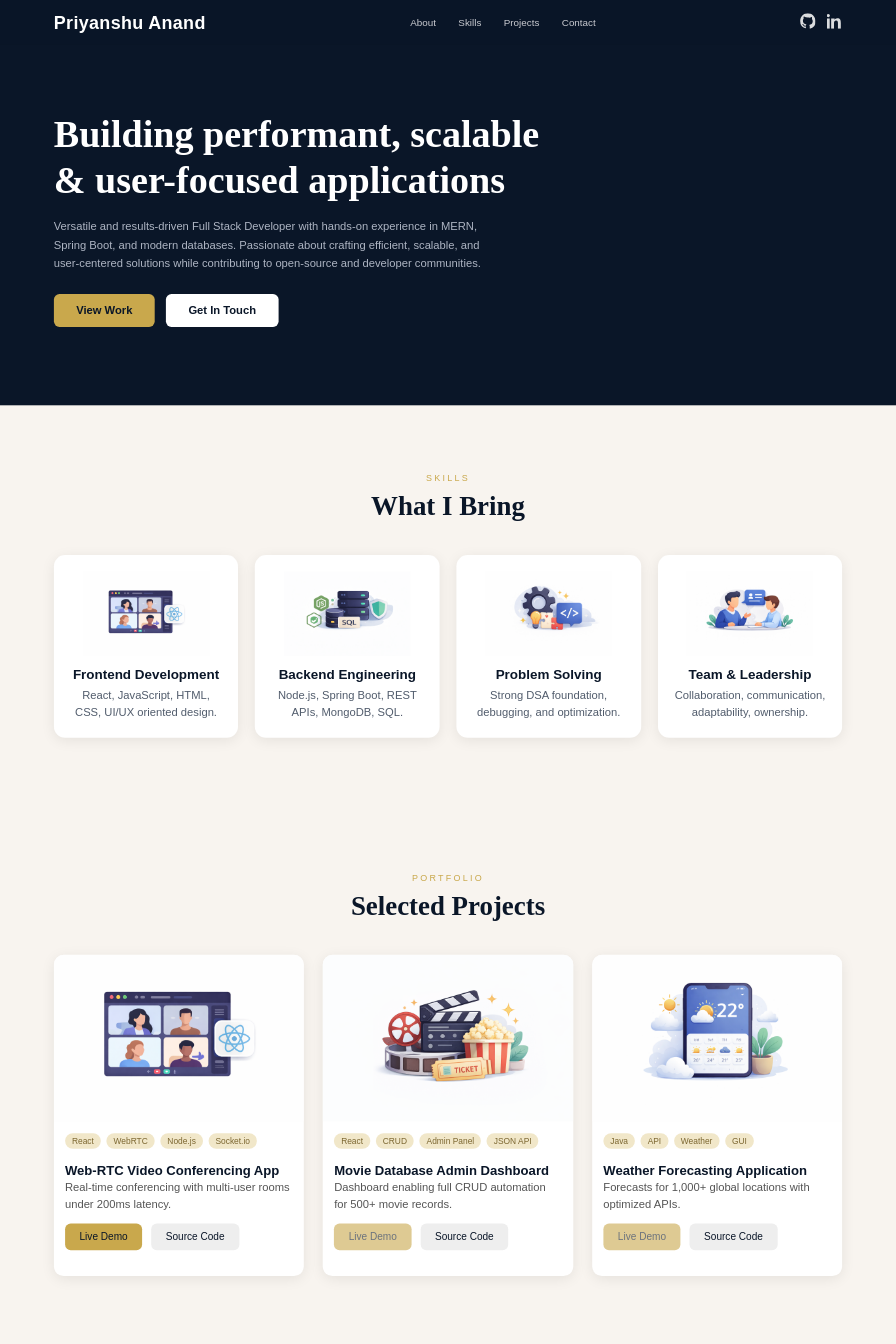
Repository: priyanshuanand12022/My-Portfolio
Page: /
An editor plug-in stored every save of this project. The page is shown before and after the next save, followed by the edit.
The browser window is 1280 px wide. The pictures show the part of the page from y = 0 to 1920 px (the page is 2746 px tall), at 70% of full size.
The project was rebuilt for these pictures with package versions that can differ from the ones it lists, and the page was loaded fresh each time. Also part of the build but not shown: vite.config.js.

Above is the page before, as saved 2026-02-25 23:09:28.

After the next save:
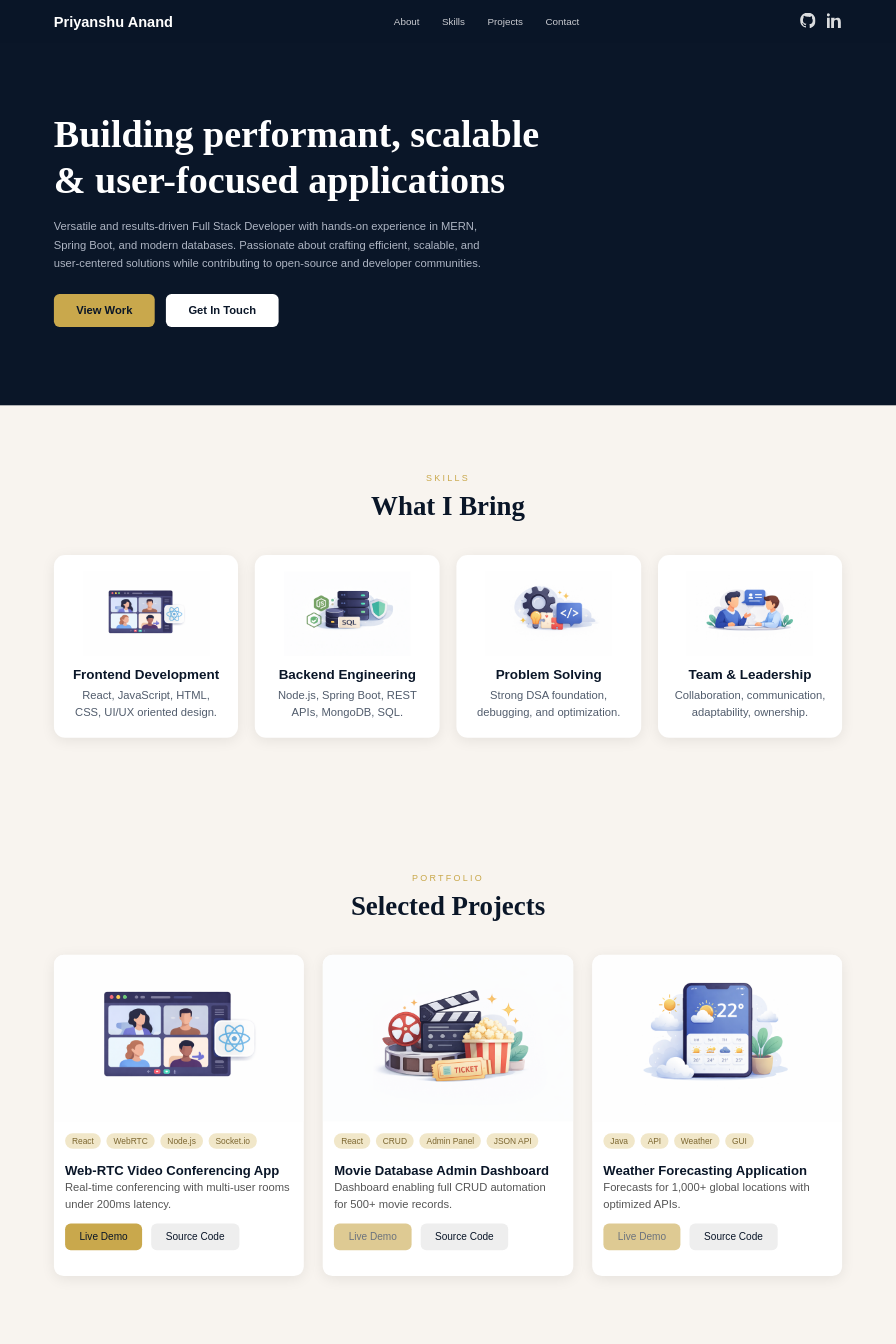
Saved 3 min 35 s later.
--- a/src/Portfolio.css
+++ b/src/Portfolio.css
@@ -32,9 +32,8 @@
 
 .nav-logo {
   color: white;
-  font-weight: 700;
-  font-size: 1.6rem;
-  letter-spacing: 0.5px;
+  font-weight: 600;
+  font-size: 1.3rem;
 }
 
 .nav-logo span {

After the save that followed:
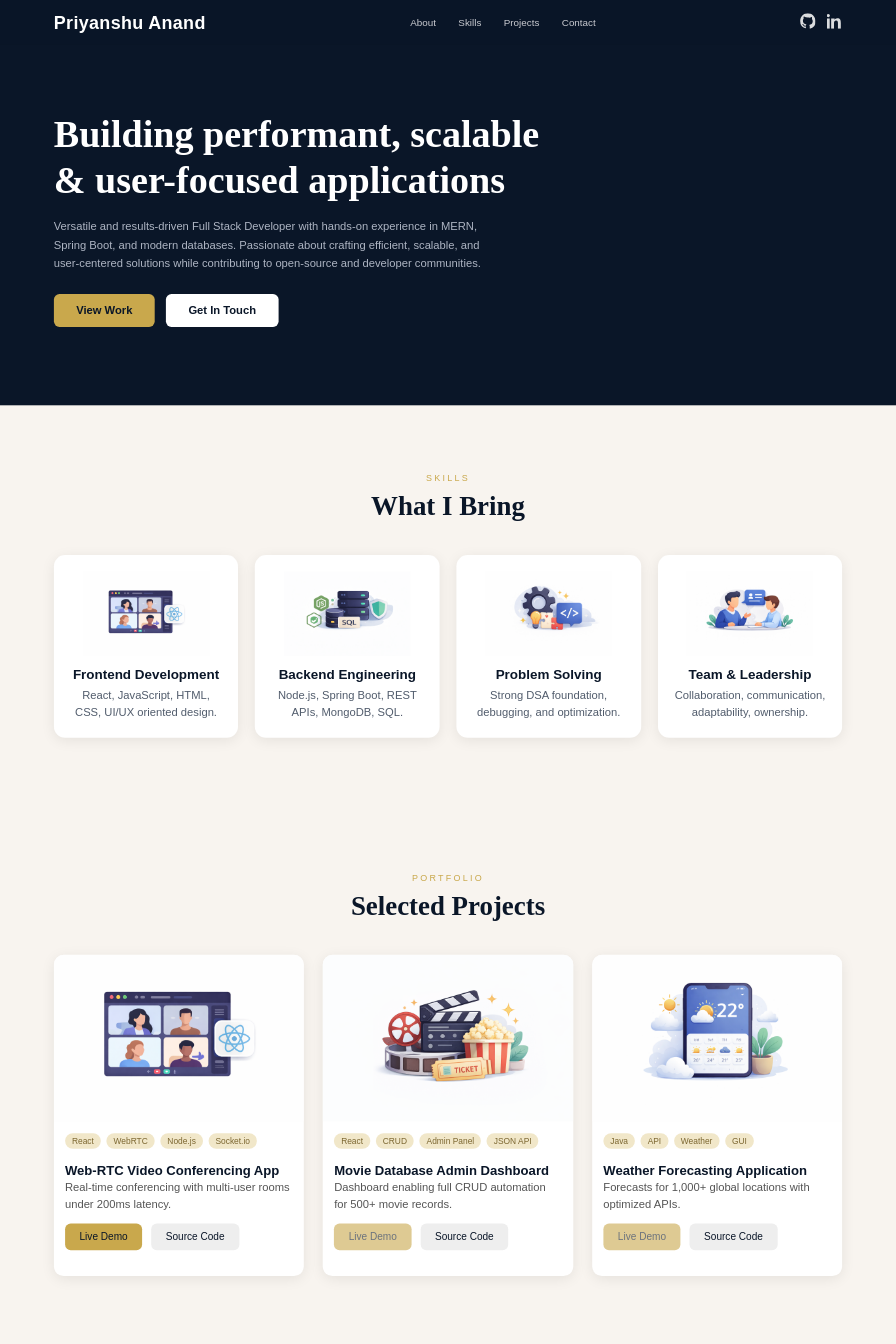
Saved 24 s later.
--- a/src/Portfolio.css
+++ b/src/Portfolio.css
@@ -32,8 +32,9 @@
 
 .nav-logo {
   color: white;
-  font-weight: 600;
-  font-size: 1.3rem;
+  font-weight: 700;
+  font-size: 1.6rem;
+  letter-spacing: 0.5px;
 }
 
 .nav-logo span {
